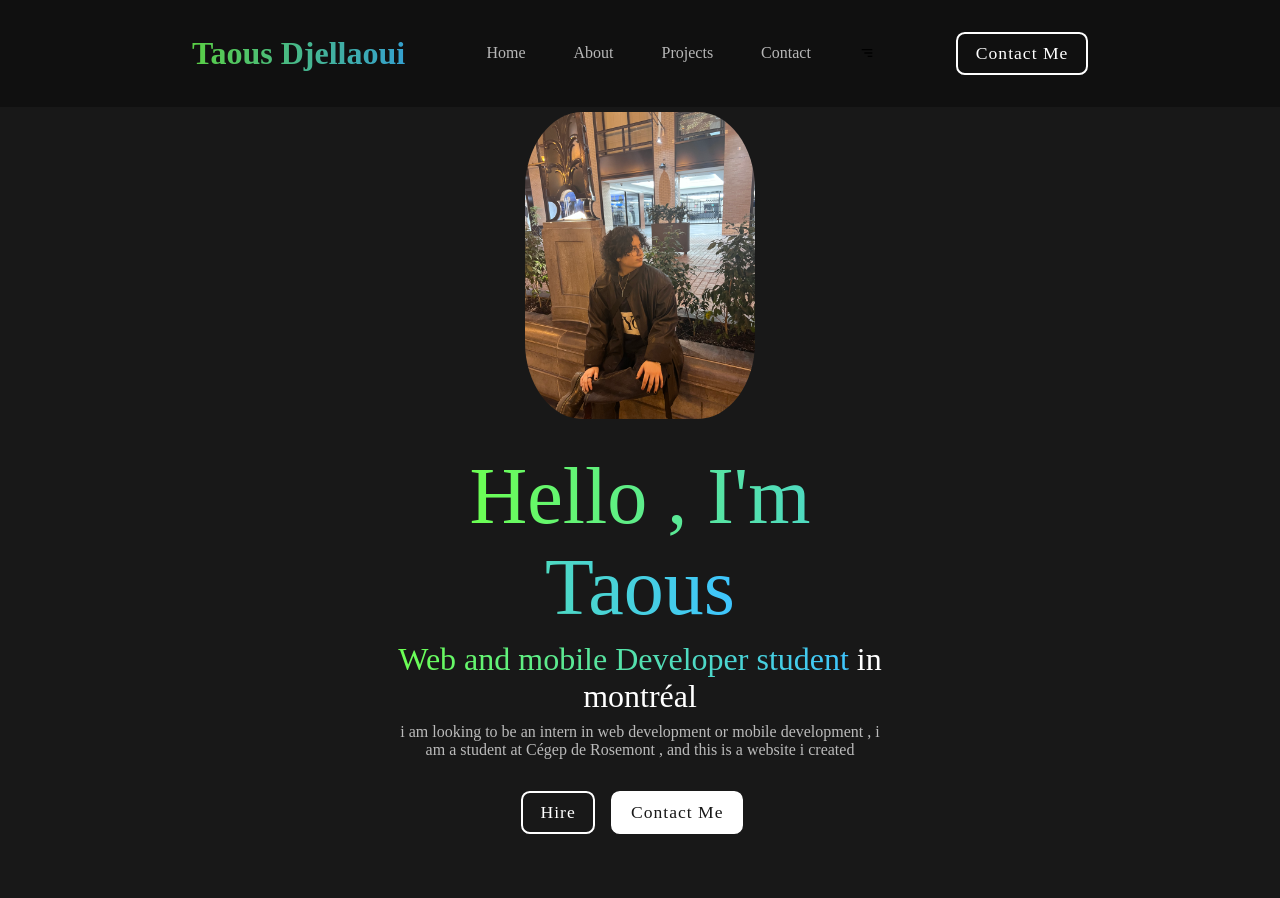
Repository: taousdjellaoui/portfolio-
Page: portfolio/index.html
The author's editor kept a copy of each file at every save. The page is drawn from the files as they stood at one save, then again after the next save.
The browser window is 1280 px wide. The pictures show the whole page.
The pointer rests on the first visible `.btn-box .btn:nth-of-type(2)`.

Above is the page before, as saved 2024-09-23 21:09:12.

### portfolio/index.html
<!DOCTYPE html>
<html lang="en">
  <head>
    <meta charset="UTF-8" />
    <meta name="viewport" content="width=device-width, initial-scale=1.0" />
    <title>Portfolio Website</title>
    <link rel="stylesheet" href="style.css" />
    <link href='https://unpkg.com/boxicons@2.1.4/css/boxicons.min.css' rel='stylesheet'>
  </head>
  <body>
    <nav>
      <a href="#" class="logo"><span>Taous Djellaoui</span></a>
      <ul class="links">
        <a href="#home">Home</a>
        <a href="#about">About</a>
        <a href="#projects">Projects</a>
        <a href="#contact">Contact</a>
        <i class='bx bx-menu-alt-right' id="Menu"></i>
      </ul>
      <a href="#contact" class="btn">Contact Me</a>

    </nav>
    <section id="home">
      <img src="image.jpg" alt="">
      <div class="info-box">
        <h1><span>Hello , I'm Taous</span></h1>
        <h3><span>Web and mobile Developer student</span> in montréal</h3>
        <p>i am looking to be an intern in web development or mobile development , i am a student
           at Cégep de Rosemont , and this is a website i created  </p>
      </div>
      <div class="btn-box">
        <div class="btn">Hire</div>
        <div class="btn">Contact Me</div>
        <div></div>

      </div>

    </section>

    <script src="script.js"></script>
  </body>
</html>

### portfolio/style.css
* {
  margin: 0;
  padding: 0;
  box-sizing: border-box;
  text-decoration: none;
  list-style: none;
  scroll-behavior: smooth;
  font-family: "Poppins";
}
:root {
  --background: rgb(24, 24, 24);
  --second-background: rgb(21, 21, 21);
}
body{
  min-height: 100vh;
  background-color: var(--background);
}
nav{
position:fixed;
top:0;
width: 100%;
padding: 2em 15%;
display: flex;
align-items: center;
justify-content: space-between;
background-color:rgba(15,15,15,0.8);
backdrop-filter: blur(10px);
z-index: 1000;
}
ul{
  display:flex;
  align-items: center;
  gap: 3em;

}
nav ul a{
  color: white;
  opacity: 0.7;
  transition:0.2s ease-in-out;
}
nav ul a:hover{
  opacity: 1;

}
.logo{
  font-size:2em;
  color: white;
  font-weight: 800;
  opacity: 0.8;
  transition: 0.2s ease-in-out;

}
.logo:hover{
  opacity: 1;
}
.btn{
  padding : 0.5em 1em;
  color : white;
  font-weight: 500;
  letter-spacing:1px ;
  border-radius: 0.5em;
  font-size: 1.1em;
  border: 2px solid white;
  cursor: pointer;
  transition: 0.3s ease-in-out;

}
.btn:hover{
  background-color: white;
  color: var(--background);

}
span{
  background: linear-gradient(to right,#6cff52,#3ec5ff);
  background-clip: text;
  color:transparent;
}
#menu{
  color:white;
  font-size:3em;
  display:none;
}
section{
  min-height: 100vh;
  padding: 5% 15%;
}
#home{
display: flex;
flex-direction: column;
align-items:center;
justify-content: center;
gap:2em;
color:white;

}
#home img{
width:18vw;
border-radius: 25%;
margin-top: 3em;

}
.info-box{
  display: flex;
  flex-direction: column;
  text-align: center;
  gap: 0.5em;
  max-width: 500px;

}
.info-box h1{
  font-size:5em;
  font-weight: 500;
}
.info-box h3{
  font-size:2em;
  font-weight: 400;
}
.info-box p{
 opacity:0.7;
}
.btn-box{
  display: flex;
  gap: 1em;
}
.btn-box .btn:nth-of-type(2){
  background-color:white;
  color: var(--background)
}

Loaded but not shown: portfolio/script.js (no stored copy; drawn as an empty file)

After the next save:
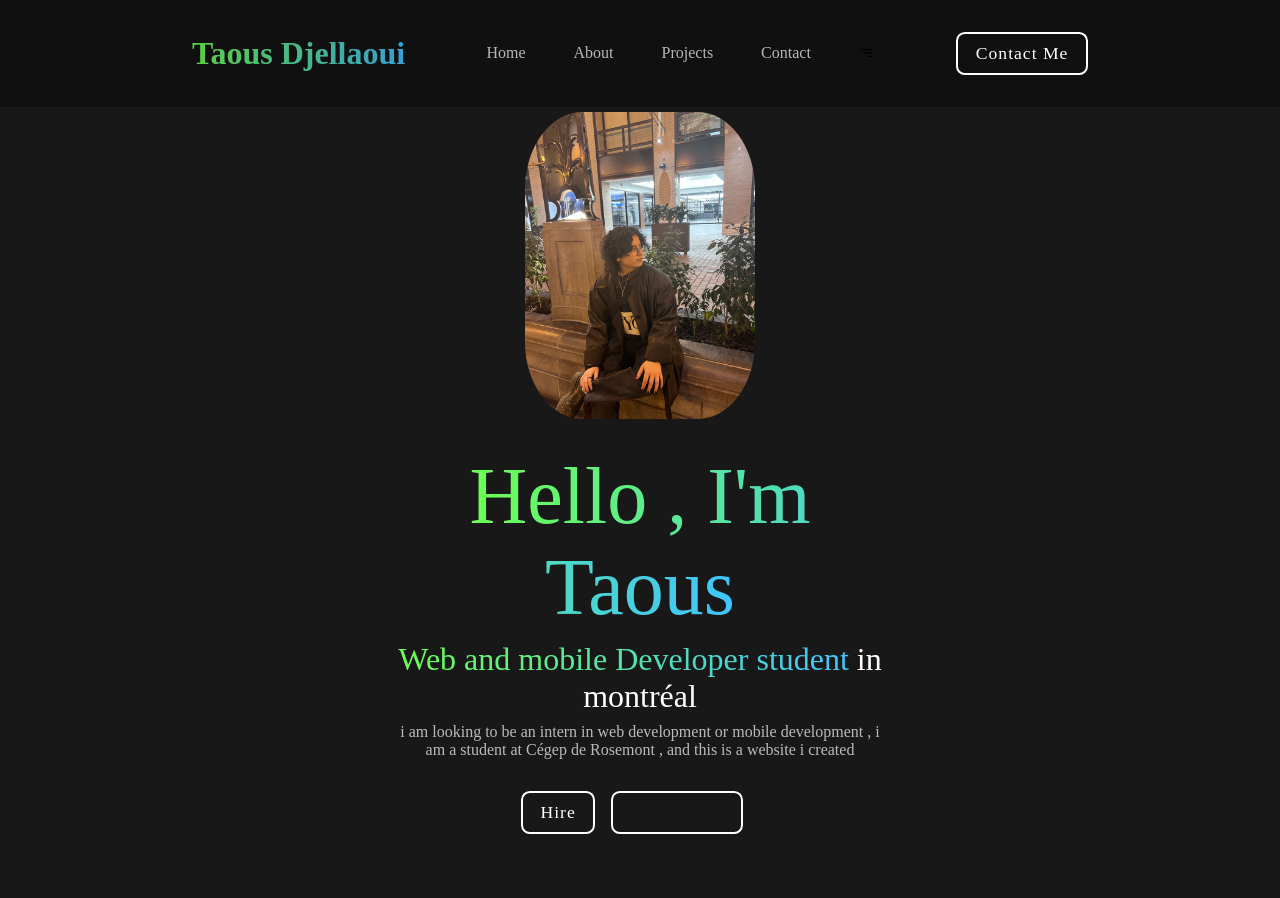
Saved 33 s later.
--- a/portfolio/style.css
+++ b/portfolio/style.css
@@ -126,3 +126,7 @@ margin-top: 3em;
   background-color:white;
   color: var(--background)
 }
+.btn-box .btn:nth-of-type(2):hover{
+  background-color: var(--background);
+
+}
